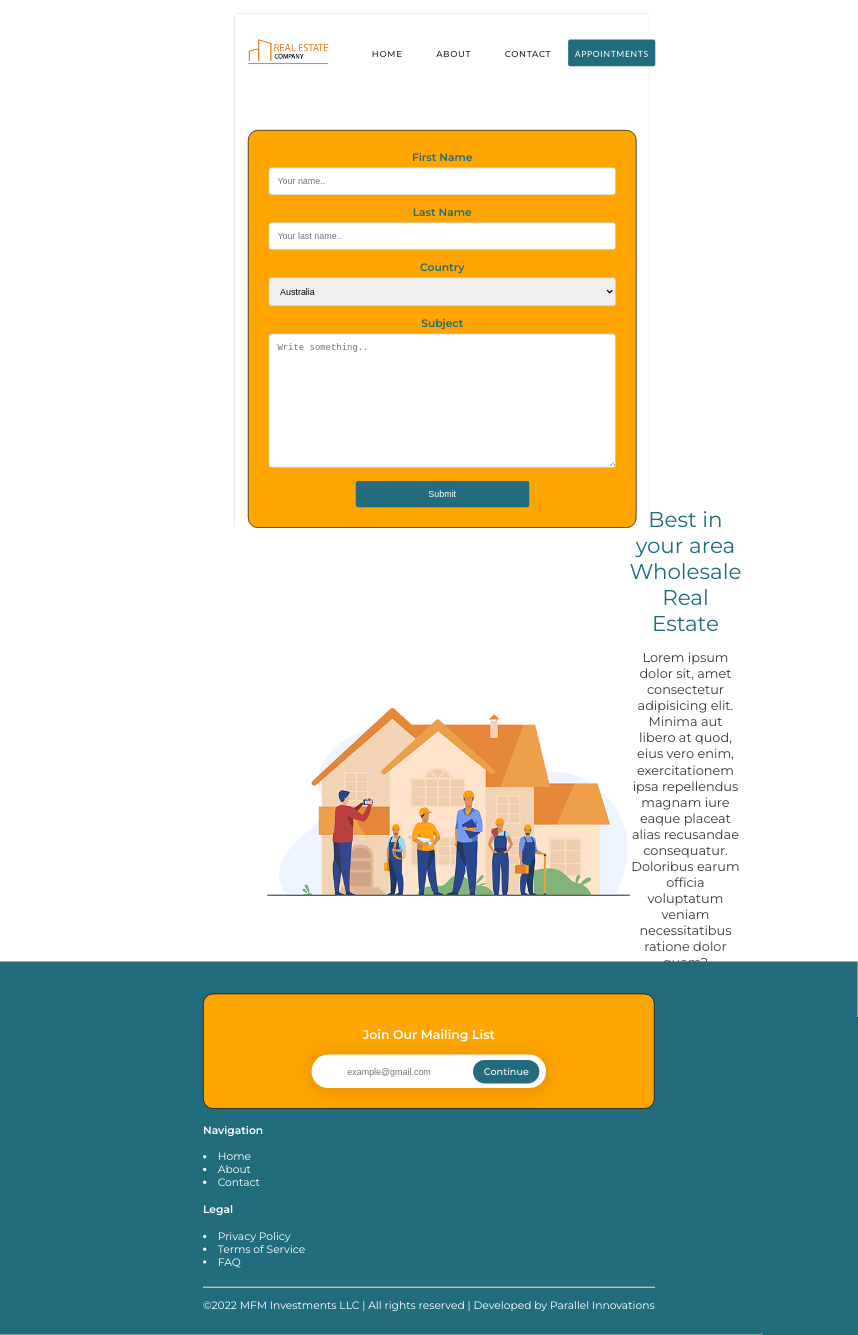
Repository: gabe126679/Mikes-site
Page: /Appointments
The author's editor kept a copy of each file at every save. The page is drawn from the files as they stood at one save, then again after the next save.
The browser window is 1280 px wide. The pictures show the whole page, at 67% of full size.
Some web libraries are served in a nearby version. The project was rebuilt for these pictures with package versions that can differ from the ones it lists, and the page was loaded fresh each time. Also part of the build but not shown: src/components/Header.jsx, src/components/Howitworks.jsx, src/components/Contact.jsx, src/components/PageAbout.jsx, src/components/Bproperty.jsx, src/components/Item.js, src/components/CarouselItem.jsx, src/components/Properties.jsx and 4 more.

Above is the page before, as saved 2022-04-19 18:53:46.

### public/index.html
<!DOCTYPE html>
<html lang="en">
  <head>
    <meta charset="utf-8" />
    <link rel="icon" href="%PUBLIC_URL%/favicon.ico" />
    <meta name="viewport" content="width=device-width, initial-scale=1" />
    <meta name="theme-color" content="#000000" />
    <meta
      name="description"
      content="Web site created using create-react-app"
    />
    <link rel="apple-touch-icon" href="%PUBLIC_URL%/logo192.png" />

    <link rel="manifest" href="%PUBLIC_URL%/manifest.json" />
    <script src="https://kit.fontawesome.com/95dc93da07.js"></script>
    <title>Mike's Homes</title>
  </head>
  <body>
    <noscript>You need to enable JavaScript to run this app.</noscript>
    <div id="root"></div>

  </body>
</html>

### src/index.css
@import url('https://fonts.googleapis.com/css2?family=Montserrat:wght@300;400;500;600&display=swap');

/***fontawesome <script src="https://kit.fontawesome.com/95dc93da07.js"></script> *********/



body{
    margin:0px;
    padding: 0px;

    background-color: #ffffff;
    font-family: 'Montserrat', sans-serif;
}
*{
    box-sizing: border-box;
}
ul{
    list-style: none;
}
a{
    text-decoration: none;
}
button{
    outline: none;
    border: none;
}
input{
    outline: none;
    border: none;
    width: 50%;
}

.logo img{
    width: 120px;
}
.header{

    width:100%;
    height:768px;
    position: relative;
    background-repeat: no-repeat;
    background-size: cover;
    background-image: url("./images/header-bg.png");
}
nav{
	display: flex;
	justify-content: space-around;
	align-items: center;
	left: 0;
	top: 0;
	width:100%;
	z-index: 1;
	background-color: #FFFFFF;
}
nav ul{
	display: flex;
}
.active{
    background-color: #236c7e;
    color:rgb(255, 255, 255);
	box-shadow: 5px 10px 30px rgba(64, 149, 198, 0.411);
	transition: all ease 0.2s;
}
nav ul li a{
	height:40px;
	line-height: 43px;
	margin: 3px;
	padding: 0px 22px;
	display: flex;
	font-size: 0.8rem;
	text-transform: uppercase;
	font-weight: 500;
	color:#242424;
    letter-spacing: 1px;
    border-radius: 3px;
    transition: 0.2s ease-in-out;
}
.property{
    font-family: calibri;
	height:40px;
	line-height: 43px;
	padding: 0px 10px;
	display: flex;
	font-size: 0.8rem;
	text-transform: uppercase;
	font-weight: 500;
	color:#ffffff;
    letter-spacing: 1px;
    border-radius: 3px;
    transition: 0.2s ease-in-out;
    background-color: #236c7e;
}
nav ul li a:hover{
	background-color: #064757;
    color:#FFFFFF;
	box-shadow: 5px 10px 30px rgba(64, 149, 198, 0.411);
	transition: all ease 0.2s;
}
nav .menu-btn,
.menu-icon{
		display:none;
	}
.intro{
	font-family: 'Montserrat';
	width: 500px;
	position: absolute;
	left: 16%;
	top: 50%;
	transform: translate(-20%,-50%);
}
.intro span{
    color: #fc9700;
}
.intro .details{
    color: #1e4f5c;
}
.intro h1{
	font-family:'Montserrat';
	font-size: 46px;
	margin:0px;
	letter-spacing: 3px;
	color:#236c7e;
}
.intro p{
    color: #064757; font-weight: 500;
}
.header-btn{
	width:110px;
	height: 40px;
	display: flex;
	justify-content: center;
    align-items: center;
    background-color: #236c7e;
    box-shadow: 5px 10px 30px rgba(2, 82, 255, 0.137);
    border-radius: 10px;
	color:#ffffff;
}
.header-btn:hover{
	background-color: #04afda;
    transition: all ease 0.5s;
    color: #ffffff;
    box-shadow: 5px 0px 30px rgba(2, 154, 255, 0.39);
}
.container {
    max-width: 1140px;
    margin: 0 auto;
    padding: 0 20px;
}

.flex {
    display: flex;
    justify-content: space-between;
}
.how-it-works {
    padding: 3rem 0;
    background: #236c7e;
    text-align: center;
}

.how-it-works h2 {
    margin-bottom: 3rem;
    font-size: 2rem;
    font-family: 'Montserrat';
    color: #ffffff;
    font-weight: 600;
    text-transform: uppercase;
}

.how-it-works .flex > div {
    width: 30%;
}

.how-it-works h4 {
    color: #ffffff;
    margin-top: 1rem;
}
.how-it-works p{
    color: rgb(255, 196, 0);
}

.how-it-works span.fas {
    color: #ffffff;
    font-size: 35px;
}
  .about{
	width:100%;
	height: 100vh;
	background-color:#ffffff;
	box-sizing: border-box;
	display: flex;
	align-items: center;
	justify-content: space-between;
	padding: 50px 5% 0px 5%;
	position: relative;
}
.about-text{
	width: 50%;
}
.about-text h2{
	font-size: 2rem;
	color:#236c7e;
	font-weight: 400;
}
.about-text h2{
	margin: 0px;
	padding: 0px;
}
.about-text p{
	font-size: 1.2rem;
	color:#3a3a3a;

}
.about-text button{
	width: 140px;
	height: 40px;
	border-radius: 10px;
	border: none;
    outline: none;
    color: #ffffff;
	background-color:#236c7e;
}
.about-text button:hover{
	background-color: #04afda;
    transition: all ease 0.3s;
    color: #ffffff;
    box-shadow: 5px 0px 30px rgba(2, 154, 255, 0.39);
}
.about-model img{
    height: 400px;
}

.agent{
    width:100%;
    height:110vh;
    box-sizing: border-box;
    font-family: calibri;
    display: flex;
    flex-direction: column;
    align-items: center;
    justify-content: center;
    padding-top: 40px ;
    background: #236c7e;
}

.a-heading h1{
    color:#ffffff;
    font-size: 3rem;
    margin: 0px;
    padding: 0px;

}
.a-heading p{
    color:rgb(238, 238, 238);
    font-size: 1rem;
    margin: 0px;
    padding: 0px;
}
.a-heading{
    text-align: center;
    margin: 20px 0px;
}
.a-box{
    background-color: #ffffff;
    width:350px;
    height: 500px;
    margin: 20px;
    border-radius: 10px;
    overflow: hidden;
    box-shadow: 2px 2px 12px rgba(0,0,0,0.1);
    position: relative;
}
.b-container{
    display: flex;
    justify-content: center;
    align-content: center;
    width: 100%;

}
.a-b-img{
    width: 100%;
    height: 70%;

}
.a-b-img img{
    width:100%;
    height: 100%;
    object-fit: contain;
}
.a-b-text{
    width: 100%;
    height: 30%;
    background-color:#ffffff;
    display:flex;
    justify-content: center;
    align-items: center;
    text-align: center;
    flex-direction: column;
}
.a-box:hover{
    transform:translateY(-10px);
    transition: all ease 0.3s;

}
.agent-btn{
	width:110px;
	height: 40px;
	display: flex;
	justify-content: center;
    align-items: center;
    background-color: #236c7e;
    box-shadow: 5px 10px 30px rgba(2, 82, 255, 0.137);
    border-radius: 10px;
	color:#ffffff;
}
.agent-btn:hover{
	background-color: #04afda;
    transition: all ease 0.5s;
    color: #ffffff;
    box-shadow: 5px 0px 30px rgba(2, 154, 255, 0.39);
}

.product{
	width: 100%;
	background-color: #FFFFFF;
	display: flex;
	height: 760px;
	flex-direction: column;
	align-items: center;
	padding:40px 20px;
	position: relative;
	border-radius: 10px;
	margin-top: 70px;
}


.p-heading{

	margin:20px;
	text-shadow: 2px 2px 10px rgba(0,0,0,0.05);
}
.p-heading h3{
	font-weight: 600;
	letter-spacing: 2px;
	text-align: center;
	font-size:2.5rem;
	color:#323543;

}
.p-heading h3 font{
	color:#303030;
}
.product-container{
	display: flex;
	justify-content: center;
	align-items: center;
	flex-wrap: wrap;
	margin: 10px 0px;
	width:100%;
}
.p-box{
	width:350px;
	height: 420px;
	display: flex;
	justify-content: center;
	align-items: center;
	flex-direction: column;
	border-radius: 12px;
	position: relative;
	margin: 20px 30px;
    background-color: rgb(255, 255, 255);
    box-shadow: 2px 2px 30px rgba(0,0,0,0.1);
}
.p-box img{
	height:150px;
}
.p-box p{
	color:#4d4d4d70;
	font-family: myriad pro;
	font-size: 0.9rem;
	letter-spacing: 0.5;
}
.price-container {
  display: flex;
  align-items: center;
  justify-content: center;
}
.price{
	color:#2c2c2c;
	font-family: poppins;
	font-size: 1rem;
  position: relative;
  bottom: 120px;
  width: 100%;
  height: 100px;
  text-align: center;
}
.container-reviews {
  display: flex;
  align-items: center;
  height: 100%;
  position: relative;
  top: -70px;
}
.buy-btn{
	position: absolute;
	width:140px;
	height: 60px;
	display: flex;
	justify-content: center;
	align-items: center;
	font-family:calibri;
	left: 50%;
	bottom: 20px;
	transform: translateX(-50%);
	border-radius: 15% 15% 15% 15% / 50% 50% 50% 50%;
	background:linear-gradient(120deg,#064757 20%,#04afda);
	color:#FFFFFF;
	display: none;
	animation: fade 0.2s;
}
.p-box:hover .buy-btn{
	display: flex;
}
.p-box:hover{
	box-shadow: 2px 2px 30px rgba(0, 0, 0, 0.233);
	background-color:#FFFFFF;
}
.p-box:hover .price{
	color:#04afda;
	transition: all ease 0.2s;
}

@keyframes fade{
	0%{
		opacity: 0;
	}
	100%{
		opacity: 1;
	}
}
.contact{
    background-color: #236c7e;
	display:flex;
	flex-direction: column;
	justify-content: center;
	align-items: center;

    margin-top: 1000px;

  overflow: hidden;
}
.contact h3{
	font-size:2.5rem;
    margin:20px;
    color: #ffffff;
}
.contact-input{
	width:350px;
	height:50px;
	background-color:#FFFFFF;
	display:flex;
	justify-content: center;
	border-radius: 50px;
	box-shadow: 2px 2px 30px rgba(0,0,0,0.15);
}
.contact-input input{
	width:100%;
	background-color: transparent;
	border:none;
	outline: none;
	text-align: center;
	color:#242425;
}
.contact-input a{
	width:150px;
	height:35px;
	background-color:#236c7e;
	color:#FFFFFF;
	display: flex;
	font-size: 0.9rem;
	justify-content: center;
	align-items: center;
	margin: auto 10px;
	border-radius: 20px;
	font-weight: 500;
}

.carousel {
  font-family: sans-serif;
  display: flex;
  align-items: center;
  justify-content: center;
  height: 70vh;
  object-fit: contain;

}
.carousel-img {
  width: 100%;
  object-fit: fill;
}
input[type=text], select, textarea {
  width: 100%; /* Full width */
  padding: 12px;
  border: 1px solid #ccc;
  border-radius: 4px;
  box-sizing: border-box;
  margin-top: 6px;
  margin-bottom: 16px;
  resize: vertical
}
label {
  color: #236c7e;
  font-weight: bold;
}


input[type=submit] {
  background-color: #236c7e;
  color: white;
  padding: 12px 20px;
  border: none;
  border-radius: 4px;
  cursor: pointer;
}

/* When moving the mouse over the submit button, add a darker green color */
input[type=submit]:hover {
  background-color: #45a049;
}

.container-form {
  margin: 0 auto;
  border-radius: 5px;
  background-color: #236c7e;
  padding: 20px;
  color: white;
  width: 800px;
  height: 100%;
}
.header-form {

  width:100%;
  height:768px;
  position: relative;
  background-repeat: no-repeat;
  background-size: cover;
  background-image: url("./images/header-bg.png");
}
.form-contact {

  width:100%;
  height:768px;
  position: relative;

}
.container-email {
  margin: 0 auto;
  border-radius: 15px;
  border: 1px solid black;
  padding: 30px;
  display: flex;
  align-items: center;
  flex-direction: column;
  color: white;
  background-color: orange;
}
.main-footer {
  color: white;
  background-color: #236c7e;
  padding-top: 3em;
  position: relative;
  bottom: 0;
  width: 100%;
  display: flex;
  justify-content: center;
  align-items: center;
}

.page-container {
  display: flex;
  flex-direction: column;
  min-height: 100vh;
}
.content-wrap {
  flex: 1;
}
.header-form{
  text-align: center;
  width:100%;
  height:768px;
  position: relative;
  background-repeat: no-repeat;
  background-size: cover;
}
@media(min-width:1285px) {
  .contact {
    margin-top: 550px;
  }
}
@media(max-width:1190px){
	.header{
        background-size: 1150px !important;
        text-align: center;
	}
	.intro{
		left: 10%;
		top: 50%;
		transform: translate(-10%,-50%);
	}
	.about-model img{
		height:400px;
    }
    .agent{
		height:auto;
    }
    .b-container{
		flex-wrap: wrap;
	}
    .a-box{
		flex-grow: 1;
	}
	.a-b-img img{
		object-fit:contain;
	}


}

@media(max-width:970px){
  .header {
    background-image: none;
  }
	.main{
		background-image: none !important;

	}
	.intro{
		left: 50%;
		top: 50%;
		transform: translate(-50%,-50%);
    }

	.about-model{
		display: none;
	}
	.about{
        text-align: center;
		justify-content: center;
		padding-top: 0px;
	}
	.about-text{
		width: 90%;
	}
	.about-text h1{
		font-size:4rem;
  }
  .product{
    width: 100%;
    background-color: #FFFFFF;
    display: flex;
    height: 760px;
    flex-direction: column;
    align-items: center;
    padding:40px 20px;
    position: relative;
    border-radius: 10px;
    margin-top: 70px;
  }


}
@media(max-width:875px){
  .carousel-item {
    display: none;
  }

}
@media(min-width:750px){

  .header-form{
    text-align: center;
    width:50%;
    height:768px;

    position: relative;
    left: 20px;
    background-repeat: no-repeat;
    background-size: cover;
  }
}
@media(max-width:600px){
	.intro{
		width:60%;
    }}
    .scroll{
      left: 42.5%;
    }
  .header-btn{
    margin-right: 38%;
  }
  .header-form {
    margin: 0 auto;
    border-radius: 5px;
    background-color: #236c7e;
    padding: 20px;
    color: white;

  }
  .container-form {
    margin: 0 auto;
    border-radius: 5px;
    background-color: #236c7e;
    padding: 20px;
    color: white;
    position: relative;
    top: 100px;
    width: 500px;
    height: 100%;

  }




    @media (max-width: 500px) {
        .how-it-works .flex {
            display: block;
        }
        .header-btn{
          margin-right: 28%;
        }
        .how-it-works .flex > div {
            width: 100%;
            margin-top: 2rem;
        }



@media(max-width:1100px){.menu-icon{
    display:block;}

        nav{
            justify-content: space-between;
            height: 65px;
            padding: 0px 30px;
            position: fixed;
        }
        .property{
            background: none;
            font-size: 13px;
            color: #000;
            padding: 0px;
        }
        .logo img{
            width:70px;
        }
        .menu{
            display:none;
            position:absolute;
            top:65px;
            left:0px;
            background-color:#FFFFFF;
            border-bottom:4px solid #064757;
            width:100%;
            padding:0px;
            margin:0px;
        }
        .menu li{
            width:100%;
        }
        nav .menu li a{
            width:100%;
            height:40px;
            justify-content: center;
            align-items: center;
            margin:0px;
            padding: 25px;
            border:1px solid rgba(38,38,38,0.03);
        }
        nav .menu-icon{
            cursor:pointer;
            float:right;
            padding:28px 20px;
            position:relative;
            user-select: none;
        }
        nav .menu-icon .nav-icon{
            background-color:#333333;
            display:block;
            height:2px;
            position:relative;
            transition: background 0.2s ease-out;
            width:20px;
        }
        nav .menu-icon .nav-icon:before,
        nav .menu-icon .nav-icon:after{
            background:#333;
            content:'';
            display:block;
            height:100%;
            position:absolute;
            transition:all ease-out 0.2s;
            width:100%;
        }
        nav .menu-icon .nav-icon:before{
            top:5px;
        }
        nav .menu-icon .nav-icon:after{
            top:-5px;
        }
        nav .menu-btn:checked ~ .menu-icon .nav-icon{
            background:transparent;
        }
        nav .menu-btn:checked ~ .menu-icon .nav-icon:before{
            transform: rotate(-45deg);
            top:0;
        }
        nav .menu-btn:checked ~ .menu-icon .nav-icon:after{
            transform: rotate(45deg);
            top:0;
        }
        nav .menu-btn{
            display:none;
        }
        nav .menu-btn:checked ~ .menu{
            display:block;
        }}
        @media(max-width:400px){
            .s-box{
                width: 100%;
                height:400px;
            }
            .header-btn{
              margin-left: 38%;
            }

        }}
        @media(max-width:600px){.menu-icon{
          display:block;}

              nav{
                  justify-content: space-between;
                  height: 65px;
                  padding: 0px 30px;
                  position: fixed;
              }
              .property{
                  background: none;
                  font-size: 13px;
                  color: #000;
                  padding: 0px;
              }
              .logo img{
                  width:70px;
              }
              .menu{
                  display:none;
                  position:absolute;
                  top:65px;
                  left:0px;
                  background-color:#FFFFFF;
                  border-bottom:4px solid #064757;
                  width:100%;
                  padding:0px;
                  margin:0px;
              }
              .menu li{
                  width:100%;
              }
              nav .menu li a{
                  width:100%;
                  height:40px;
                  justify-content: center;
                  align-items: center;
                  margin:0px;
                  padding: 25px;
                  border:1px solid rgba(38,38,38,0.03);
              }
              nav .menu-icon{
                  cursor:pointer;
                  float:right;
                  padding:28px 20px;
                  position:relative;
                  user-select: none;
              }
              nav .menu-icon .nav-icon{
                  background-color:#333333;
                  display:block;
                  height:2px;
                  position:relative;
                  transition: background 0.2s ease-out;
                  width:20px;
              }
              nav .menu-icon .nav-icon:before,
              nav .menu-icon .nav-icon:after{
                  background:#333;
                  content:'';
                  display:block;
                  height:100%;
                  position:absolute;
                  transition:all ease-out 0.2s;
                  width:100%;
              }
              nav .menu-icon .nav-icon:before{
                  top:5px;
              }
              nav .menu-icon .nav-icon:after{
                  top:-5px;
              }
              nav .menu-btn:checked ~ .menu-icon .nav-icon{
                  background:transparent;
              }
              nav .menu-btn:checked ~ .menu-icon .nav-icon:before{
                  transform: rotate(-45deg);
                  top:0;
              }
              nav .menu-btn:checked ~ .menu-icon .nav-icon:after{
                  transform: rotate(45deg);
                  top:0;
              }
              nav .menu-btn{
                  display:none;
              }
              nav .menu-btn:checked ~ .menu{
                  display:block;
              }}
              @media(max-width:400px){
                  .s-box{
                      width: 100%;
                      height:400px;
                  }
                  .header-btn{
                    margin-left: 38%;
                  }

              }

### src/components/About.jsx
import React from 'react'
import aboutimage from '../images/hero.png';
import Contact from "./Contact"

function About() {
  return (
    <div className="about">
        <div className="about-model">
          <img src={aboutimage} alt="about image"/>
        </div>
        <div className="about-text">
          <h2>Best in your area <br/>Wholesale Real Estate</h2>
          <p>Lorem ipsum dolor sit, amet consectetur adipisicing elit. Minima aut libero at quod, eius vero enim, exercitationem ipsa repellendus magnam iure eaque placeat alias recusandae consequatur. Doloribus earum officia voluptatum veniam necessitatibus ratione dolor quam?</p>
          <button>View More Details</button>
          <h3>Get the Best Property</h3>
        </div>
    </div>
  )
}

export default About

### src/components/Navbar.jsx
import React from 'react'
import logo from "../images/logo1.png"
import { Link } from "react-router-dom";

function Navbar() {
  return (
    <nav>
        <a href="/" className="logo">
            <img src={logo} alt="logo"/>
        </a>
        <input className="menu-btn" type="checkbox" id="menu-btn"/>
        <label className="menu-icon" for="menu-btn">
            <span className="nav-icon"></span>
        </label>
        <ul className="menu">
            <li><Link to="/" >Home</Link></li>
            <li><Link to="/about">About</Link></li>
            <li><Link to="/contact">Contact</Link></li>
        </ul>
        <Link to="/appointments" className="property">Appointments</Link>
        {/* <a href="/homes" className="property"></a> */}
    </nav>
  )
}

export default Navbar

### src/components/Footer.jsx
import React from "react";


const Footer = () => {
return (
    <div className="main-footer">
      <div className="container">
        <div className="row">
          {/* Column1 */}
          <div className="col">
            <div className="container-email">
                <h3>Join Our Mailing List</h3>
                <div className="contact-input">
                    <input type="email" placeholder="example@gmail.com"/>
                    <a href="#">Continue</a>
                </div>
            </div>
          </div>
          {/* Column2 */}
          <div className="col">
            <h4>Navigation</h4>
            <ui className="list-unstyled">
              <li>Home</li>
              <li>About</li>
              <li>Contact</li>
            </ui>
          </div>
          {/* Column3 */}
          <div className="col">
            <h4>Legal</h4>
            <ui className="list-unstyled">
              <li>Privacy Policy</li>
              <li>Terms of Service</li>
              <li>FAQ</li>
            </ui>
          </div>
          <br/>
        </div>
        <hr />
        <div className="row">
          <p className="col-sm">
            &copy;{new Date().getFullYear()} MFM Investments LLC | All rights reserved |
            Developed by Parallel Innovations
          </p>
        </div>
        <br/>
      </div>
    </div>
);
};
export default Footer;

### src/components/Form.jsx
import React from 'react'


function Form() {
  return (
    <div>
      <br/>
      <br/>
      <br/>
      <br/>
      <div className="container-email">
        <form action="action_page.php">
            <label htmlFor="fname">First Name</label>
            <input type="text" id="fname" name="firstname" placeholder="Your name.." />
            <label htmlFor="lname">Last Name</label>
            <input type="text" id="lname" name="lastname" placeholder="Your last name.." />
            <label htmlFor="country">Country</label>
            <select id="country" name="country">
            <option value="australia">Australia</option>
            <option value="canada">Canada</option>
            <option value="usa">USA</option>
            </select>
            <label htmlFor="subject">Subject</label>
            <textarea id="subject" name="subject" placeholder="Write something.." style={{height: '200px'}} defaultValue={""} />
            <input type="submit" defaultValue="Submit" />
        </form>
      </div>
    </div>
  )
}

export default Form

Loaded but not shown: src/App.js (44 lines, source omitted); src/index.js (29 lines, source omitted); src/components/Appointments.jsx (106 lines, source omitted)

After the next save:
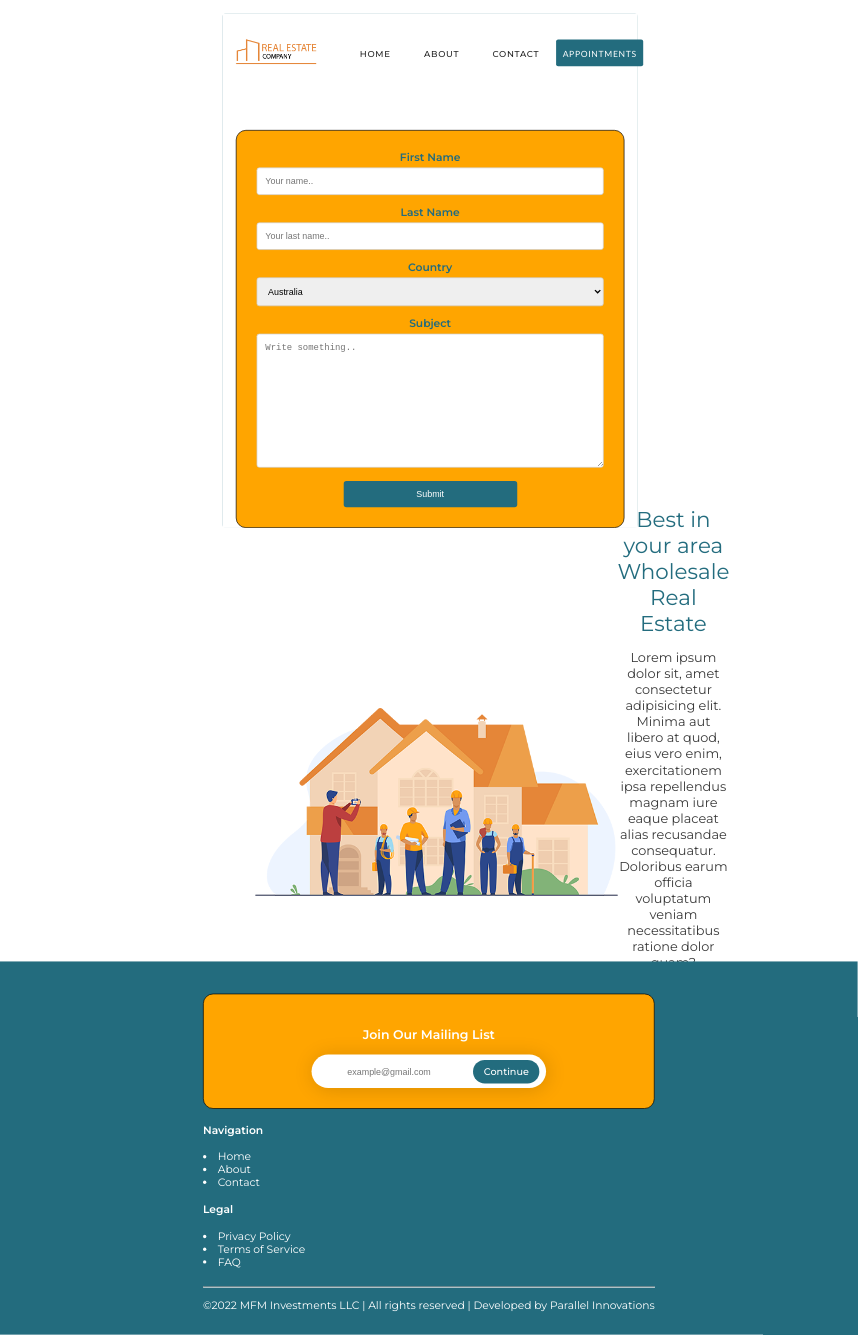
Saved 4 s later.
--- a/src/index.css
+++ b/src/index.css
@@ -683,7 +683,7 @@ input[type=submit]:hover {
     height:768px;
 
     position: relative;
-    left: 20px;
+    left: 2px;
     background-repeat: no-repeat;
     background-size: cover;
   }
